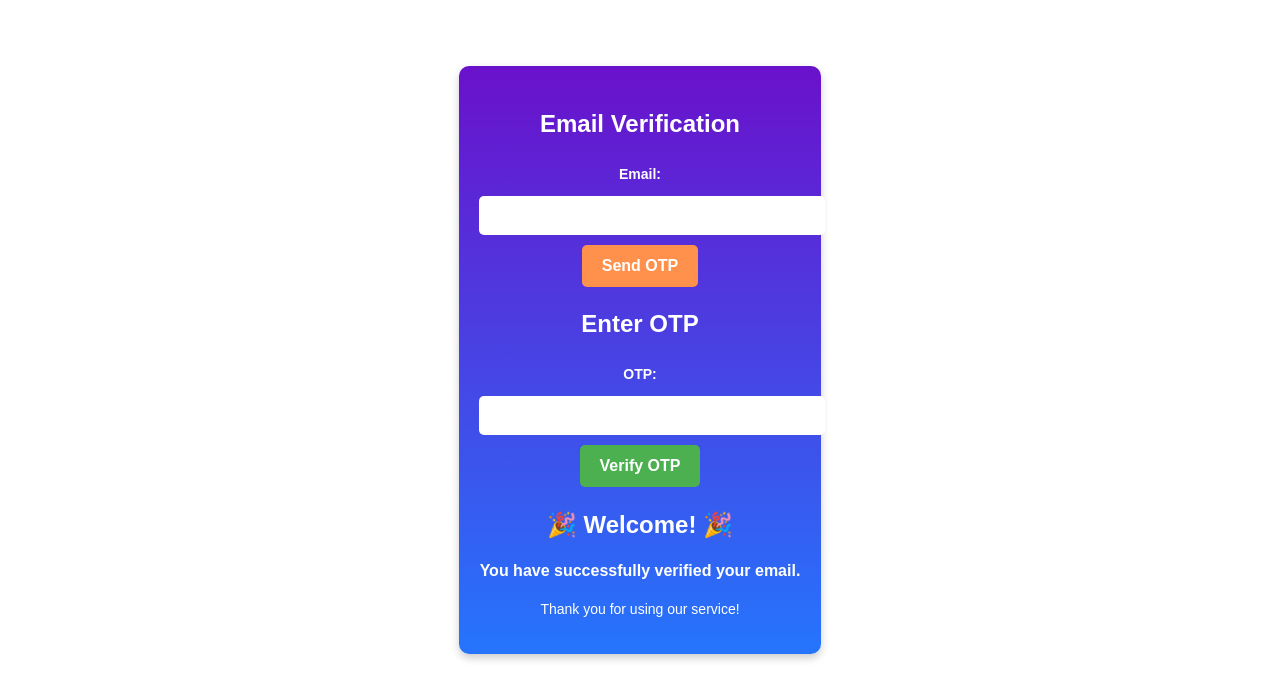
Repository: sarathraj2002/MockTest
Page: / (app in Frontend/)
An editor plug-in stored every save of this project. The page is shown before and after a run of saves, followed by the edit.
The browser window is 1280 px wide. The pictures show the whole page.
The project was rebuilt for these pictures with package versions that can differ from the ones it lists, and the page was loaded fresh each time. Also part of the build but not shown: Frontend/vite.config.js.

Above is the page before, as saved 2024-11-13 12:20:25.

### Frontend/index.html
<!doctype html>
<html lang="en">
  <head>
    <meta charset="UTF-8" />
    <link rel="icon" type="image/svg+xml" href="/vite.svg" />
    <meta name="viewport" content="width=device-width, initial-scale=1.0" />
    <title>MockTest</title>
  </head>
  <body>
    <div id="root"></div>
    <script type="module" src="/src/main.jsx"></script>
  </body>
</html>

### Frontend/src/App.jsx
import { useState } from 'react'
import './App.css'
import Otp from './components/Otp'

function App() {
  const [count, setCount] = useState(0)

  return (
    <>
      <Otp/>
    </>
  )
}

export default App

### Frontend/src/components/Otp.jsx
import React, { useState } from "react";
import axios from "axios";

const Otp = () => {
  const [step, setStep] = useState(1);
  const [email, setEmail] = useState("");
  const [otp, setOtp] = useState("");


  const handleEmailSubmit = async (e) => {
    e.preventDefault();
    try {
      const response = await axios.post("http://localhost:5000/api/send-otp", { email });
      if (response.status === 200) {
        alert("OTP sent to your email!");
        setStep(2);
      }
    } catch (error) {
      alert("Error sending OTP. Please try again.");
    }
  };


  const handleOtpSubmit = async (e) => {
    e.preventDefault();
    try {
      const response = await axios.post("http://localhost:5000/verify-otp", { email, otp });
      if (response.data.success) {
        alert("OTP verified! Redirecting to Welcome page...");
        setStep(3);
      } else {
        alert("Invalid OTP. Please try again.");
      }
    } catch (error) {
      alert("Error verifying OTP. Please try again.");
    }
  };

  return (
    <div
      style={{
        maxWidth: "400px",
        margin: "auto",
        padding: "20px",
        textAlign: "center",
        fontFamily: "Arial, sans-serif",
        background: "linear-gradient(to bottom, #6a11cb, #2575fc)",
        borderRadius: "10px",
        boxShadow: "0 4px 8px rgba(0, 0, 0, 0.2)",
        color: "white",
      }}
    >

        <form onSubmit={handleEmailSubmit}>
          <h2 style={{ marginBottom: "20px" }}>Email Verification</h2>
          <label style={{ fontSize: "14px", fontWeight: "bold" }}>Email:</label>
          <br />
          <input
            type="email"
            value={email}
            onChange={(e) => setEmail(e.target.value)}
            required
            style={{
              width: "100%",
              padding: "12px",
              margin: "10px 0",
              borderRadius: "5px",
              border: "none",
              outline: "none",
            }}
          />
          <button
            type="submit"
            style={{
              padding: "12px 20px",
              cursor: "pointer",
              backgroundColor: "#ff914d",
              border: "none",
              borderRadius: "5px",
              color: "white",
              fontWeight: "bold",
              transition: "all 0.3s ease",
            }}
            onMouseOver={(e) => (e.target.style.backgroundColor = "#ff5722")}
            onMouseOut={(e) => (e.target.style.backgroundColor = "#ff914d")}
          >
            Send OTP
          </button>
        </form>



        <form onSubmit={handleOtpSubmit}>
          <h2 style={{ marginBottom: "20px" }}>Enter OTP</h2>
          <label style={{ fontSize: "14px", fontWeight: "bold" }}>OTP:</label>
          <br />
          <input
            type="text"
            value={otp}
            onChange={(e) => setOtp(e.target.value)}
            required
            style={{
              width: "100%",
              padding: "12px",
              margin: "10px 0",
              borderRadius: "5px",
              border: "none",
              outline: "none",
            }}
          />
          <button
            type="submit"
            style={{
              padding: "12px 20px",
              cursor: "pointer",
              backgroundColor: "#4caf50",
              border: "none",
              borderRadius: "5px",
              color: "white",
              fontWeight: "bold",
              transition: "all 0.3s ease",
            }}
            onMouseOver={(e) => (e.target.style.backgroundColor = "#388e3c")}
            onMouseOut={(e) => (e.target.style.backgroundColor = "#4caf50")}
          >
            Verify OTP
          </button>
        </form>



        <div>
          <h2 style={{ marginBottom: "10px" }}>🎉 Welcome! 🎉</h2>
          <p style={{ fontSize: "16px", fontWeight: "bold" }}>
            You have successfully verified your email.
          </p>
          <p style={{ fontSize: "14px" }}>Thank you for using our service!</p>
        </div>

    </div>
  );
};

export default Otp;

Loaded but not shown: Frontend/src/main.jsx (common file); Frontend/src/index.css (common file); Frontend/src/App.css (common file)

After the next 2 saves:
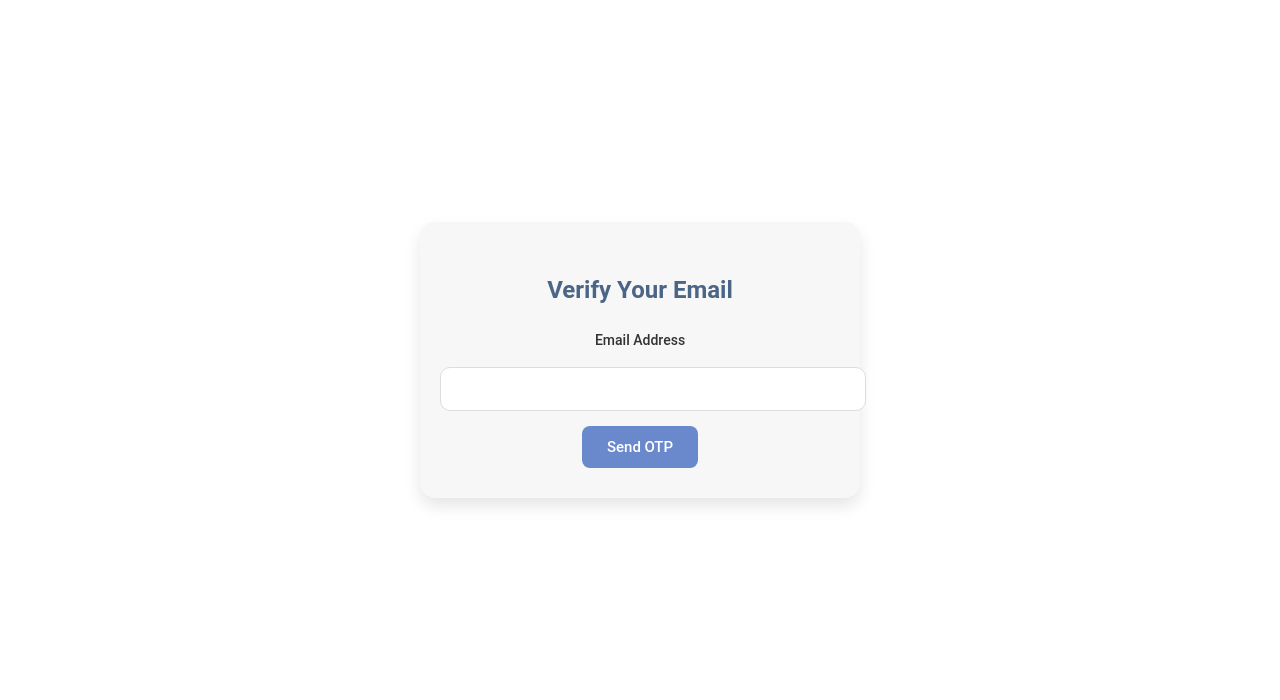
The 2 saves are shown as one change because they came seconds apart.
The last was saved 110 s later.
--- a/Frontend/src/components/Otp.jsx
+++ b/Frontend/src/components/Otp.jsx
@@ -5,7 +5,6 @@
   const [step, setStep] = useState(1);
   const [email, setEmail] = useState("");
   const [otp, setOtp] = useState("");
-
 
   const handleEmailSubmit = async (e) => {
     e.preventDefault();
@@ -19,7 +18,6 @@
       alert("Error sending OTP. Please try again.");
     }
   };
-
 
   const handleOtpSubmit = async (e) => {
     e.preventDefault();
@@ -41,20 +39,19 @@
       style={{
         maxWidth: "400px",
         margin: "auto",
-        padding: "20px",
+        padding: "30px 20px",
         textAlign: "center",
-        fontFamily: "Arial, sans-serif",
-        background: "linear-gradient(to bottom, #6a11cb, #2575fc)",
-        borderRadius: "10px",
-        boxShadow: "0 4px 8px rgba(0, 0, 0, 0.2)",
-        color: "white",
+        fontFamily: "'Roboto', sans-serif",
+        background: "#f7f7f7",
+        borderRadius: "15px",
+        boxShadow: "0 8px 16px rgba(0, 0, 0, 0.1)",
+        color: "#333",
       }}
     >
-
+      {step === 1 && (
         <form onSubmit={handleEmailSubmit}>
-          <h2 style={{ marginBottom: "20px" }}>Email Verification</h2>
-          <label style={{ fontSize: "14px", fontWeight: "bold" }}>Email:</label>
-          <br />
+          <h2 style={{ marginBottom: "20px", color: "#4B6587" }}>Verify Your Email</h2>
+          <label style={{ fontSize: "14px", fontWeight: "500" }}>Email Address</label>
           <input
             type="email"
             value={email}
@@ -63,37 +60,38 @@
             style={{
               width: "100%",
               padding: "12px",
-              margin: "10px 0",
-              borderRadius: "5px",
-              border: "none",
+              margin: "15px 0",
+              borderRadius: "10px",
+              border: "1px solid #ddd",
               outline: "none",
+              fontSize: "16px",
             }}
           />
           <button
             type="submit"
             style={{
-              padding: "12px 20px",
+              padding: "12px 25px",
               cursor: "pointer",
-              backgroundColor: "#ff914d",
+              backgroundColor: "#6a89cc",
               border: "none",
-              borderRadius: "5px",
+              borderRadius: "8px",
               color: "white",
-              fontWeight: "bold",
-              transition: "all 0.3s ease",
+              fontWeight: "500",
+              fontSize: "15px",
+              transition: "background 0.3s ease",
             }}
-            onMouseOver={(e) => (e.target.style.backgroundColor = "#ff5722")}
-            onMouseOut={(e) => (e.target.style.backgroundColor = "#ff914d")}
+            onMouseOver={(e) => (e.target.style.backgroundColor = "#4a69bd")}
+            onMouseOut={(e) => (e.target.style.backgroundColor = "#6a89cc")}
           >
             Send OTP
           </button>
         </form>
+      )}
 
-
-
+      {step === 2 && (
         <form onSubmit={handleOtpSubmit}>
-          <h2 style={{ marginBottom: "20px" }}>Enter OTP</h2>
-          <label style={{ fontSize: "14px", fontWeight: "bold" }}>OTP:</label>
-          <br />
+          <h2 style={{ marginBottom: "20px", color: "#4B6587" }}>Enter OTP</h2>
+          <label style={{ fontSize: "14px", fontWeight: "500" }}>OTP Code</label>
           <input
             type="text"
             value={otp}
@@ -102,41 +100,45 @@
             style={{
               width: "100%",
               padding: "12px",
-              margin: "10px 0",
-              borderRadius: "5px",
-              border: "none",
+              margin: "15px 0",
+              borderRadius: "10px",
+              border: "1px solid #ddd",
               outline: "none",
+              fontSize: "16px",
             }}
           />
           <button
             type="submit"
             style={{
-              padding: "12px 20px",
+              padding: "12px 25px",
               cursor: "pointer",
-              backgroundColor: "#4caf50",
+              backgroundColor: "#38ada9",
               border: "none",
-              borderRadius: "5px",
+              borderRadius: "8px",
               color: "white",
-              fontWeight: "bold",
-              transition: "all 0.3s ease",
+              fontWeight: "500",
+              fontSize: "15px",
+              transition: "background 0.3s ease",
             }}
-            onMouseOver={(e) => (e.target.style.backgroundColor = "#388e3c")}
-            onMouseOut={(e) => (e.target.style.backgroundColor = "#4caf50")}
+            onMouseOver={(e) => (e.target.style.backgroundColor = "#079992")}
+            onMouseOut={(e) => (e.target.style.backgroundColor = "#38ada9")}
           >
             Verify OTP
           </button>
         </form>
+      )}
 
-
-
+      {step === 3 && (
         <div>
-          <h2 style={{ marginBottom: "10px" }}>🎉 Welcome! 🎉</h2>
-          <p style={{ fontSize: "16px", fontWeight: "bold" }}>
+          <h2 style={{ marginBottom: "10px", color: "#38ada9" }}>🎉 Welcome! 🎉</h2>
+          <p style={{ fontSize: "16px", fontWeight: "500", color: "#4B6587" }}>
             You have successfully verified your email.
           </p>
-          <p style={{ fontSize: "14px" }}>Thank you for using our service!</p>
+          <p style={{ fontSize: "14px", color: "#7f8c8d" }}>
+            Thank you for using our service!
+          </p>
         </div>
-
+      )}
     </div>
   );
 };
